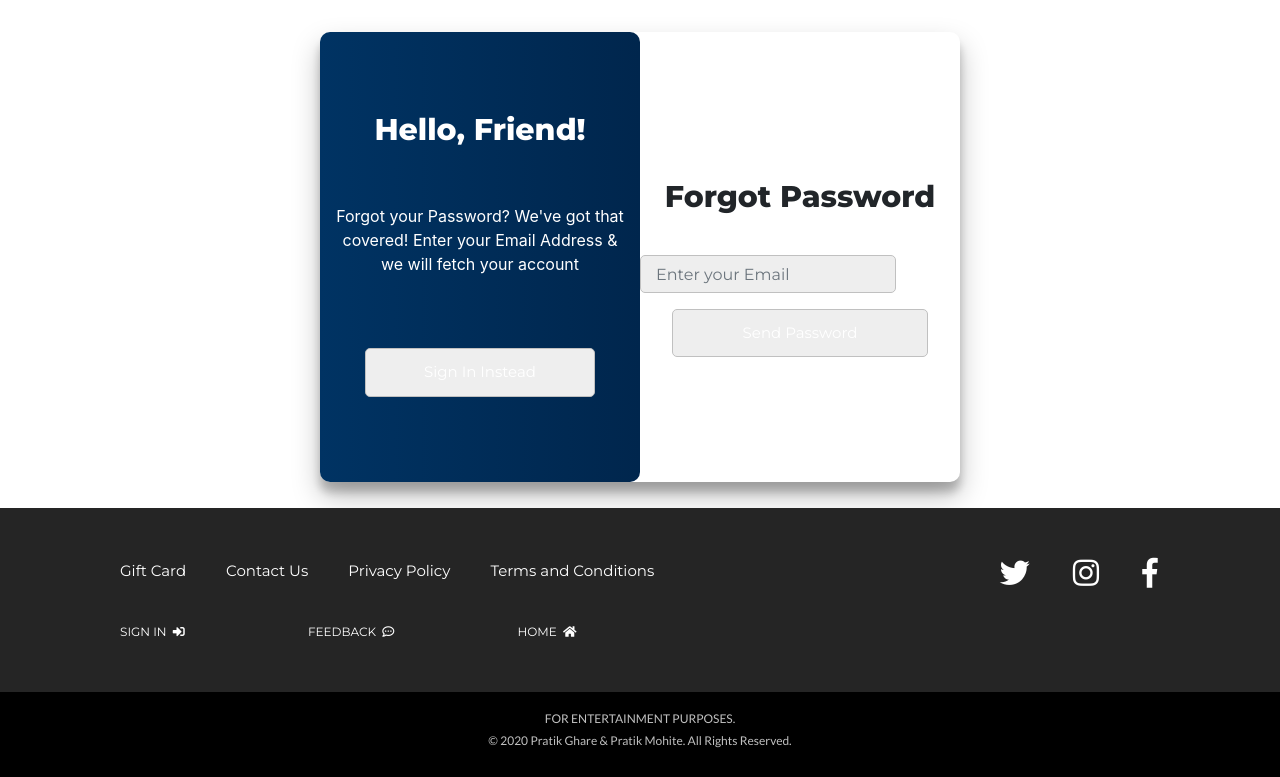
Repository: pratikghare/CafeImbiss
Page: http://localhost/Cafeteria/forgot.jsp
The author's editor kept a copy of each file at every save. The page is drawn from the files as they stood at one save, then again after the next save.
The browser window is 1280 px wide. The pictures show the whole page.
Some web fonts or font styles are not loaded; a fallback is used. Some web libraries are served in a nearby version. The page is served by Tomcat 9.

Above is the page before, as saved 2020-11-04 14:48:51.

After the next save:
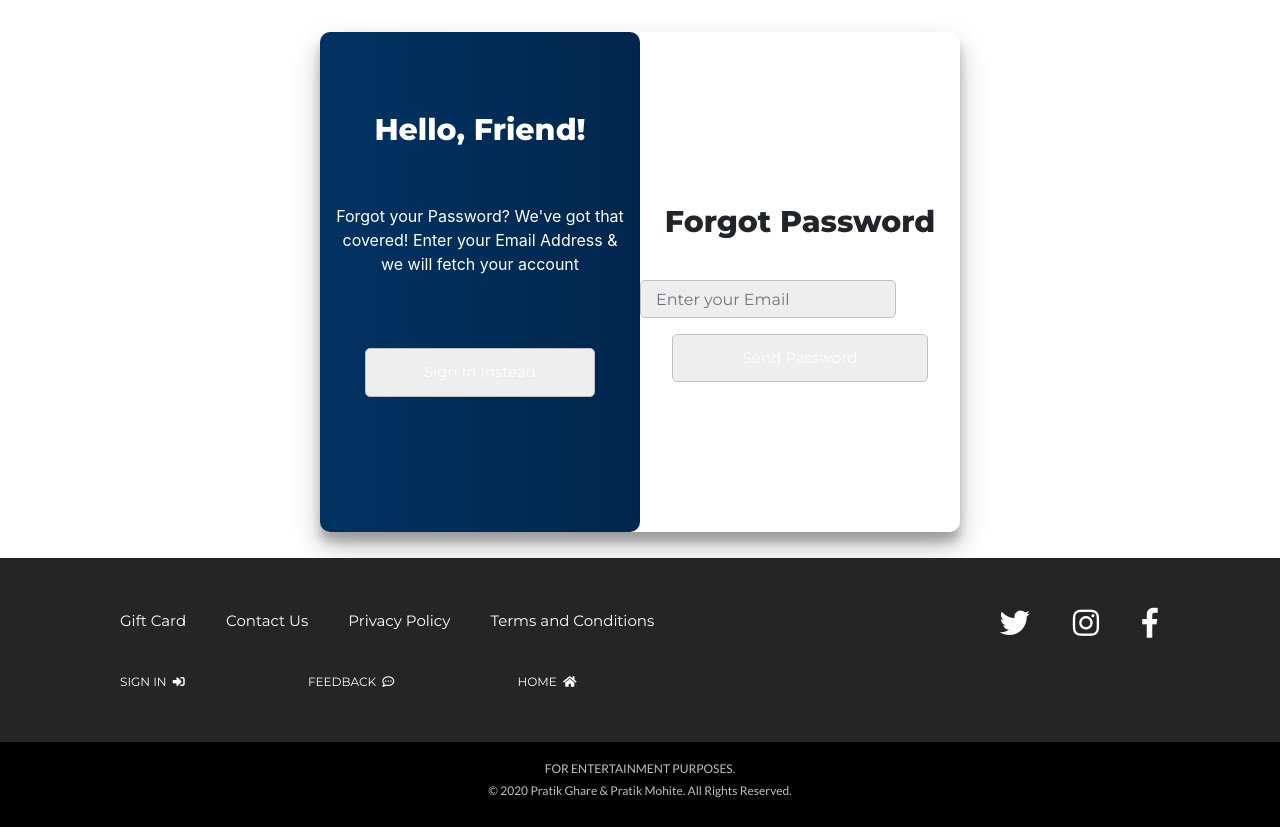
Saved 114 s later.
--- a/Cafeteria/WebContent/references/login.css
+++ b/Cafeteria/WebContent/references/login.css
@@ -46,7 +46,7 @@
 .login-container{
     display: grid;
     grid-template-columns: repeat(auto-fit, minmax(300px, 1fr));
-    min-height: 450px;
+    min-height: 500px;
     max-width: 850px;
     border-radius: 10px;
     box-shadow: 0 14px 28px rgba(0, 0, 0, 0.25), 0 10px 10px rgba(0, 0, 0, 0.22);
